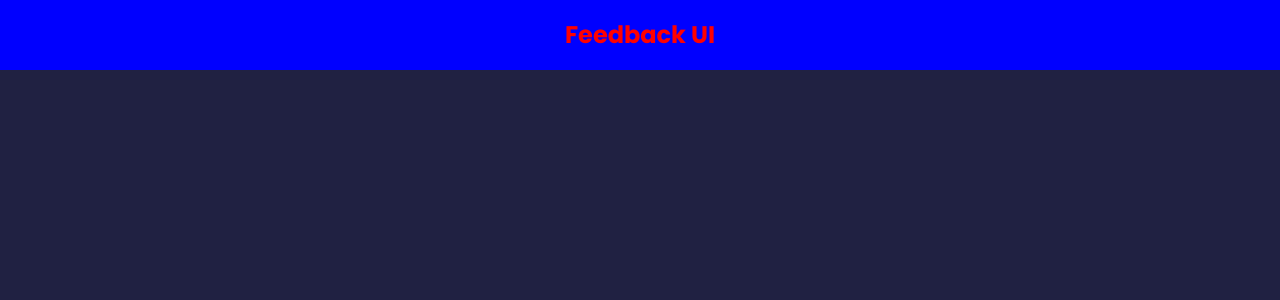
Repository: Lithium87/feedback-app
Page: / (app in client/)
The author's editor kept a copy of each file at every save. The page is drawn from the files as they stood at one save, then again after the next save.
The browser window is 1280 px wide. The pictures show the whole page.
The project was rebuilt for these pictures with package versions that can differ from the ones it lists, and the page was loaded fresh each time.

Above is the page before, as saved 2022-05-25 18:47:32.

After the next save:
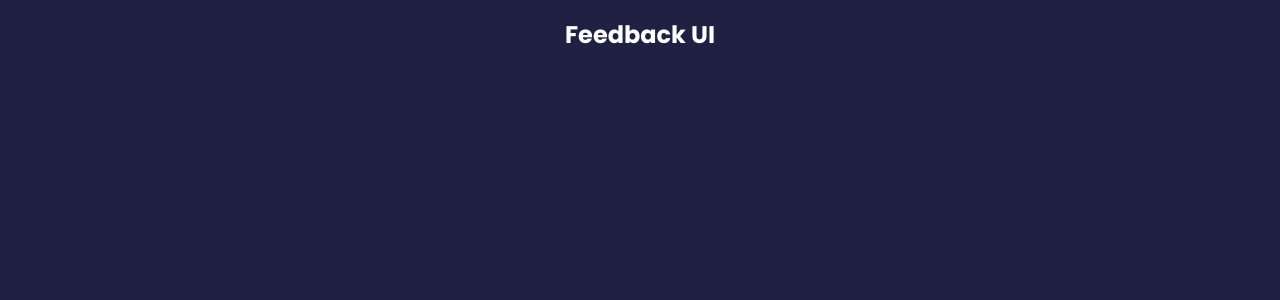
Saved 45 s later.
--- a/client/src/App.js
+++ b/client/src/App.js
@@ -4,7 +4,7 @@ import Header from './components/Header';
 const App = () => {
   return (
     <React.Fragment>
-      <Header bgColor="blue" textColor="red" />
+      <Header />
     </React.Fragment>
   );
 };

After the save that followed:
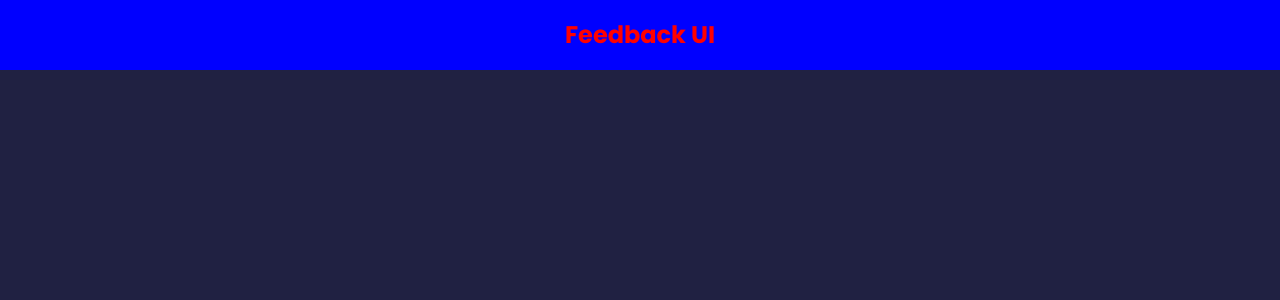
Saved 35 s later.
--- a/client/src/components/Header.js
+++ b/client/src/components/Header.js
@@ -18,6 +18,8 @@ const Header = ({text, bgColor, textColor}) => {
 
 Header.defaultProps = {
   text: 'Feedback UI',
+  bgColor: 'blue',
+  textColor: 'red',
 };
 
 Header.propTypes = {
